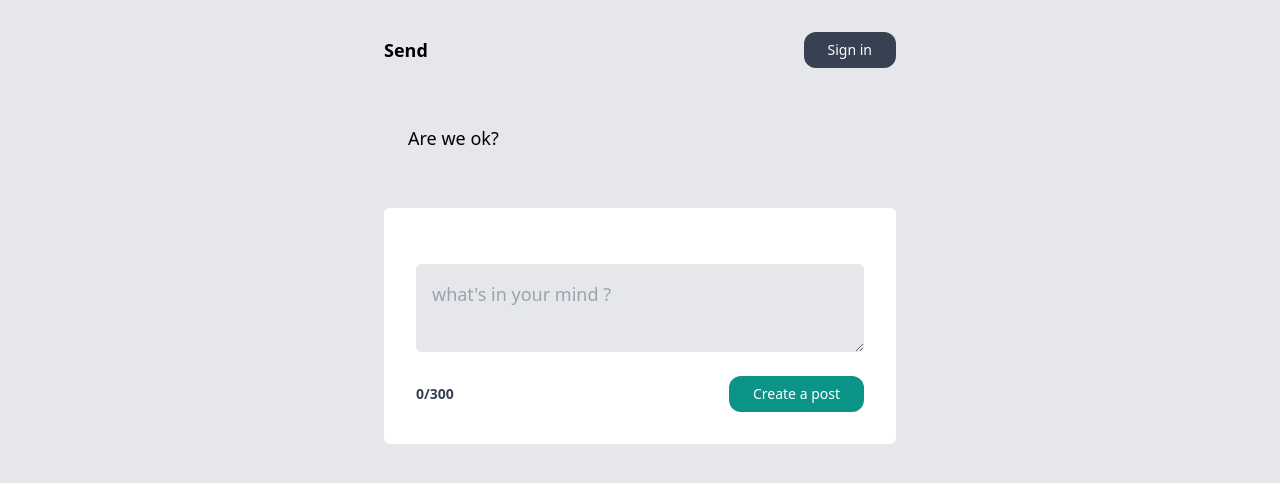
Repository: fatemesoleymanian/react
Page: / (app in next--experimental/postit/)
The author's editor kept a copy of each file at every save. The page is drawn from the files as they stood at one save, then again after the next save.
The browser window is 1280 px wide. The pictures show the whole page.
The page's requests for data from a server got no answer. The project was rebuilt for these pictures with package versions that can differ from the ones it lists, and the page was loaded fresh each time. The framework's server and built-in components were replaced by stand-ins that run in the browser. No one was signed in, and anything a server would have sent is missing. Also part of the build but not shown: next--experimental/postit/next.config.js, next--experimental/postit/app/components/auth/Logged.tsx.

Above is the page before, as saved 2023-02-26 20:35:38.

After the next save:
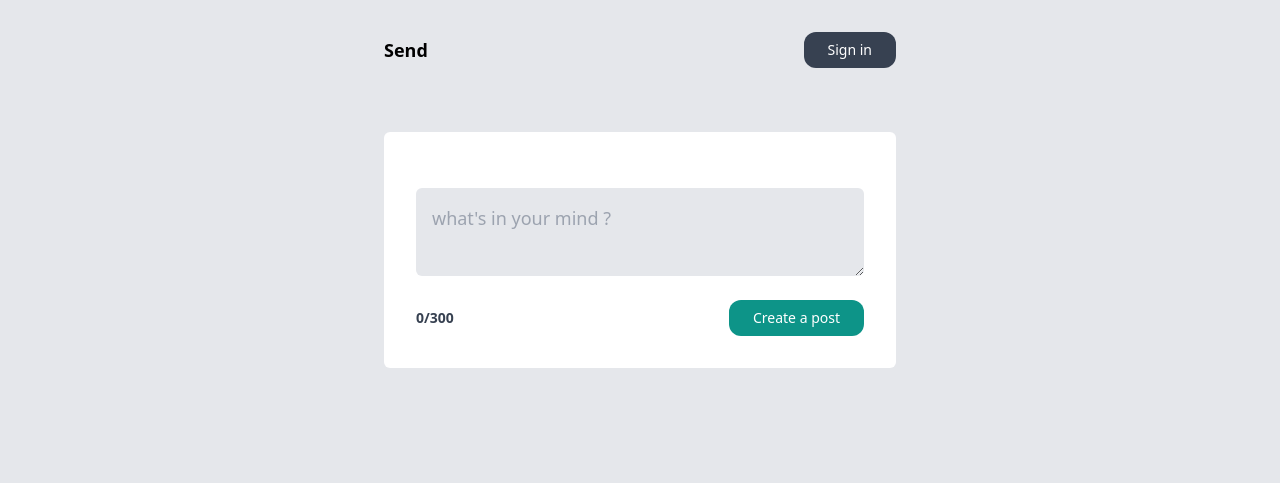
Saved 29 s later.
--- a/next--experimental/postit/app/page.tsx
+++ b/next--experimental/postit/app/page.tsx
@@ -4,7 +4,6 @@ import CreatePost from "./components/AddPost";
 export default function Home() {
   return (
     <main>
-      <h1 className="text-lg p-6">Are we ok?</h1>
       <CreatePost />
     </main>
   )
